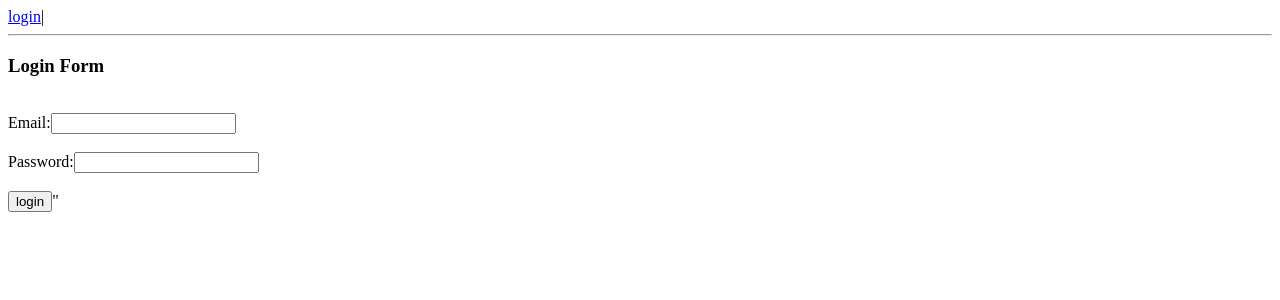
Repository: ashwinipatil321/ServletPrograms
Page: http://localhost/loginAndRegisterServlet/login.jsp
An editor plug-in stored every save of this project. The page is shown before and after the next save, followed by the edit.
The browser window is 1280 px wide. The pictures show the whole page.
The page is served by Tomcat 9. Other server files are loaded and not shown.

Above is the page before, as saved 2017-11-04 06:58:03.

### loginAndRegisterServlet/WebContent/login.jsp
<%@ page language="java" contentType="text/html; charset=UTF-8"
    pageEncoding="UTF-8"%>
<!DOCTYPE html PUBLIC "-//W3C//DTD HTML 4.01 Transitional//EN" "http://www.w3.org/TR/html4/loose.dtd">
<html>
<head>
<meta http-equiv="Content-Type" content="text/html; charset=UTF-8">
<title>Insert title here</title>
</head>
<body>
    <%@ include file="index.jsp" %>
    <hr/>

    <h3>Login Form</h3>
    <%
    String profile_msg=(String)request.getAttribute("profile_msg");
    if(profile_msg!=null){
    out.print(profile_msg);
    }
    String login_msg=(String)request.getAttribute("login_msg");
    if(login_msg!=null){
    out.print(login_msg);
    }
     %>
     <br/>
    <form action="loginprocess.jsp" method="post">
    Email:<input type="text" name="email"/><br/><br/>
    Password:<input type="password" name="password"/><br/><br/>
    <input type="submit" value="login"/>"
    </form>
</body>
</html>

### loginAndRegisterServlet/WebContent/index.jsp
<%@ page language="java" contentType="text/html; charset=UTF-8"
    pageEncoding="UTF-8"%>
<!DOCTYPE html PUBLIC "-//W3C//DTD HTML 4.01 Transitional//EN" "http://www.w3.org/TR/html4/loose.dtd">
<html>
<head>
<meta http-equiv="Content-Type" content="text/html; charset=UTF-8">
<title>Insert title here</title>
</head>
<body>
<a href="login.jsp">login</a>|
</body>
</html>

After the next save:
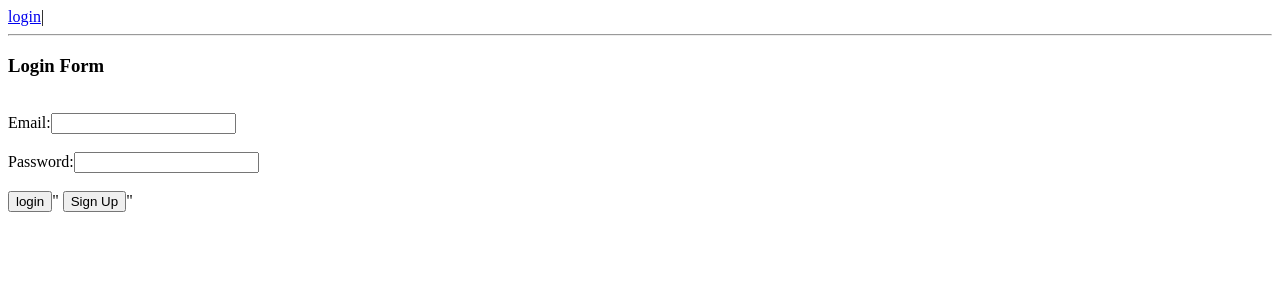
Saved 4 min 17 s later.
--- a/loginAndRegisterServlet/WebContent/login.jsp
+++ b/loginAndRegisterServlet/WebContent/login.jsp
@@ -26,6 +26,7 @@
     Email:<input type="text" name="email"/><br/><br/>
     Password:<input type="password" name="password"/><br/><br/>
     <input type="submit" value="login"/>"
+     <input type="submit" value="Sign Up"/>"
     </form>
 </body>
 </html>
